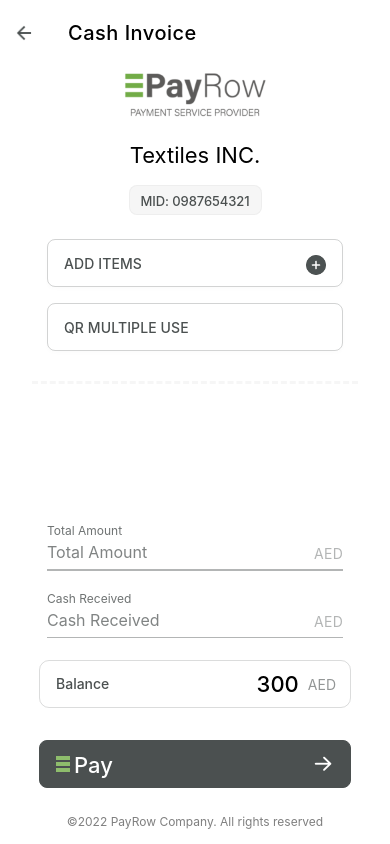
Repository: rishabh-critical-river/payrowios
Screen: /cashPay
An editor plug-in stored every save of this project. The screen is shown before and after a run of saves, followed by the edit.
The app was drawn by React Native's web renderer in a window 390 px wide. The project was rebuilt for these pictures with package versions that can differ from the ones it lists, and the page was loaded fresh each time. Also part of the build but not shown: screens/onboarding/CreateAccount.js, screens/home/HomeScreen.tsx, screens/home/HomeComponents/TapToPay.tsx, screens/home/HomeComponents/PaymentSummary.js, screens/home/HomeComponents/AddItem.js, screens/home/HomeComponents/TapCard.tsx, screens/home/HomeComponents/EnterPin.tsx, screens/home/HomeComponents/Confirmation.tsx and 37 more.

Above is the screen before, as saved 2023-07-28 22:45:43.

After the next 3 saves:
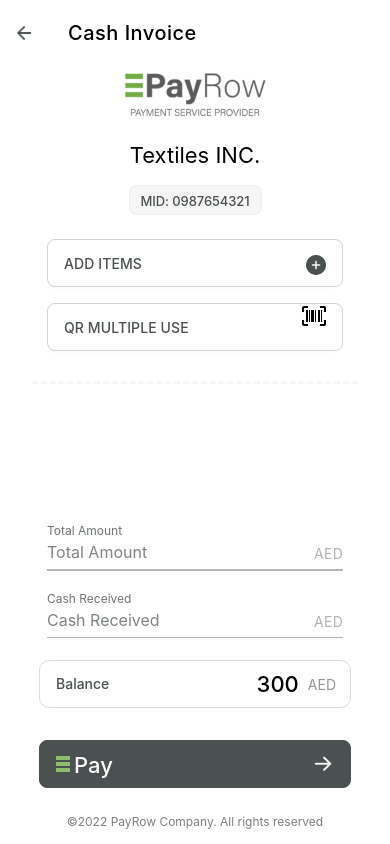
The 3 saves are shown as one change because they came seconds apart.
The last was saved 50 s later.
--- a/screens/home/HomeComponents/CashPay.tsx
+++ b/screens/home/HomeComponents/CashPay.tsx
@@ -243,7 +243,7 @@
             style={{ marginRight: 16 }}
             name="barcode-scan"
             size={24}
-            color="white"
+            color="black"
           />
 
                 {/* <Fontisto
